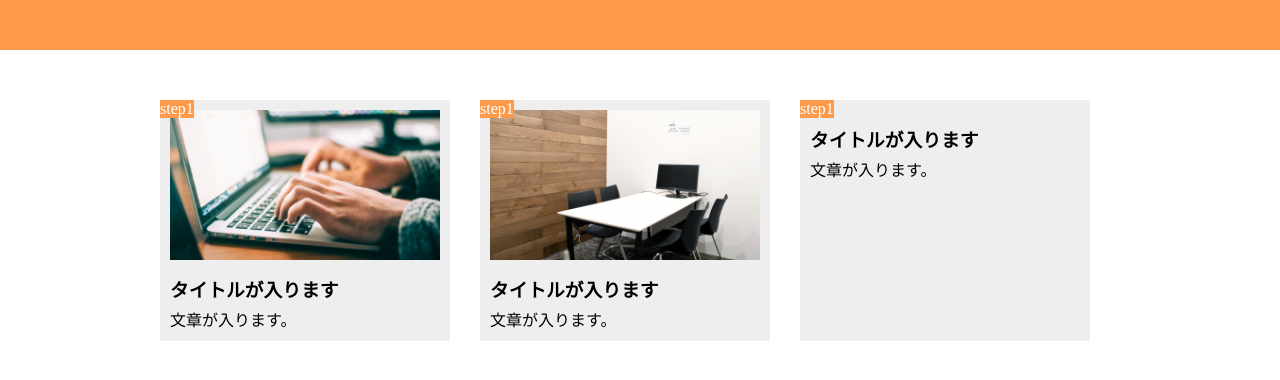
Repository: kawashimq/git-practice
Page: practice/html-9.html
The author's editor kept a record of every edit. The page is drawn from the files as they stood at one moment, then again after the next edit.
The browser window is 1280 px wide. The pictures show the whole page.

Above is the page before.

### practice/html-9.html
<!DOCTYPE html>
<html lang="ja">
  <head>
    <meta charset="UTF-8" />

    <link rel="stylesheet" href="html-9.css" />
    <title>演習9</title>
  </head>

  <body>
    <header></header>

    <main>
     <div class="box-img">
       <div class="img1"></div>
       <span>step1</span>
       <h3 class="title">タイトルが入ります</h3>
       <p class="text">文章が入ります。</p>
     </div>
     <div class="box-img">
       <div class="img2"></div>
       <span>step1</span>
       <h3 class="title">タイトルが入ります</h3>
       <p class="text">文章が入ります。</p>
     </div>
     <div class="box-img">
       <span>step1</span>
       <h3 class="title">タイトルが入ります</h3>
       <p class="text">文章が入ります。</p>
     </div>
    </main>

  </body>
</html>

### practice/html-9.css
* {
  box-sizing: border-box;
  margin: 0;
  padding: 0;
}

header {
 height: 50px;
 background-color: #FF9A4B;

}

main {
  width: 960px;
  margin: 50px auto;
  display: flex;
}

span {
  background-color: #FF9A4B;
  color: white;
  position: absolute;
  top: 0;
  left: 0;
}

.box-img,.box-img2 {
  width: 300px;
  padding: 10px;
  margin-right: 30px;
  position: relative;
  background-color: #EEEEEE;
}

.box-img3 {
  width: 300px;
  padding: 10px;
  position: relative;
  background-color: #EEEEEE;
}


.img1 {
  height: 150px;
  background-image: url(img/flow01.png);
  background-size: cover;
  background-position: bottom;
}

.img2 {
  height: 150px;
  background-image: url(img/flow02.png);
  background-size: cover;
  background-position: bottom;
}

.img3 {
  height: 150px;
  background-image: url(img/flow03.png);
  background-size: cover;
  background-position: bottom;
}

.title {
  margin-top: 15px;
  margin-bottom: 5px;
}
footer {
  height: 50px;
  background-color: #AAAAAA;
}

@media screen and (max-width:768px) {
  main {
    width: 100%;
    display: flex;
    flex-direction: column;
    align-items: center;
  }
  .header{
    height: 50px;
  }
  .box-img {
    width: 90%;
    margin: 0 0 20px 0;
  }
  .box-img2 {
    width: 90%;
    margin-bottom: 20px;
    margin-right: 0;
  }
  .box-img3 {
    width: 90%;
  }
  footer {
    height: 50px;
  }
}

After the next edit:
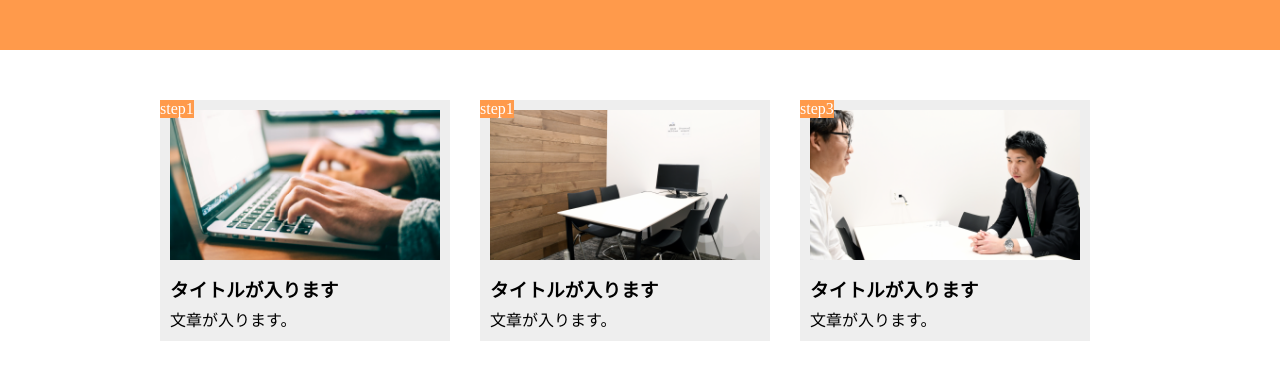
The edit:
--- a/practice/html-9.html
+++ b/practice/html-9.html
@@ -24,7 +24,8 @@
        <p class="text">文章が入ります。</p>
      </div>
      <div class="box-img">
-       <span>step1</span>
+       <div class="img3"></div>
+       <span>step3</span>
        <h3 class="title">タイトルが入ります</h3>
        <p class="text">文章が入ります。</p>
      </div>
